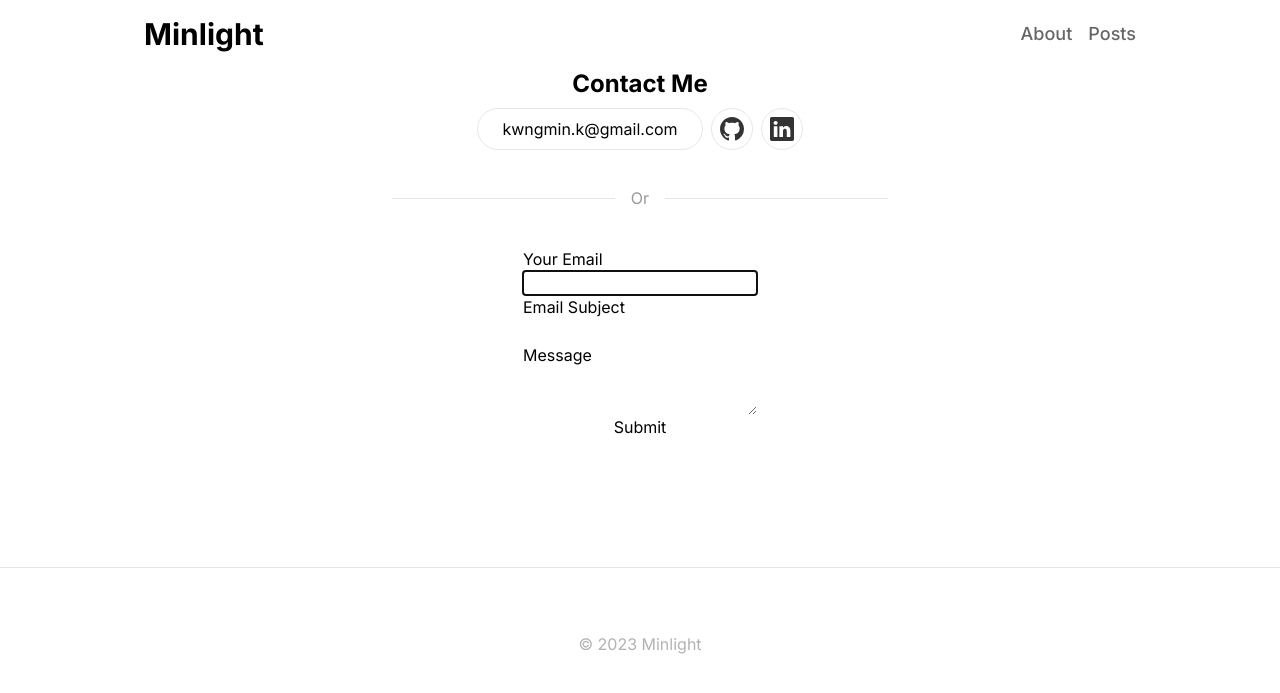
Repository: kwngmin/minlight-blog
Page: /contact
An editor plug-in stored every save of this project. The page is shown before and after the next save, followed by the edit.
The browser window is 1280 px wide. The pictures show the whole page.
The project was rebuilt for these pictures with package versions that can differ from the ones it lists, and the page was loaded fresh each time. The framework's server and built-in components were replaced by stand-ins that run in the browser. Also part of the build but not shown: next.config.js, src/components/banner.tsx.

Above is the page before, as saved 2023-04-03 16:53:43.

### src/app/layout.tsx
import Footer from "@/components/Footer";
import "./globals.css";
import { Inter } from "next/font/google";
import Header from "@/components/Header";

const inter = Inter({ subsets: ["latin"] });

export const metadata = {
  title: "Create Next App",
  description: "Generated by create next app",
};

export default function RootLayout({
  children,
}: {
  children: React.ReactNode;
}) {
  return (
    <html lang="en" className={inter.className}>
      <body className="flex flex-col">
        <Header />
        <main className="max-w-screen-lg mx-auto w-full grow px-4">
          {children}
        </main>
        <Footer />
      </body>
    </html>
  );
}

### src/app/contact/page.tsx
import ContactForm from "@/components/ContactForm";
import { BsLinkedin, BsGithub } from "react-icons/bs";
export default function ContactPage() {
  const LINKS = [
    { icon: <BsGithub />, url: "https://github.com/kwngmin" },
    {
      icon: <BsLinkedin />,
      url: "https://www.linkedin.com/in/%EA%B4%91%EB%AF%BC-%EA%B9%80-52b83a25a/",
    },
  ];
  return (
    <section className="flex flex-col items-center gap-2">
      <h2 className="text-2xl font-bold">Contact Me</h2>
      <ul className="flex justify-center items-center gap-2">
        <a
          href="mailto:kwngmin.k@gmail.com"
          className="px-6 rounded-full hover:bg-black hover:text-white py-2 border"
        >
          kwngmin.k@gmail.com
        </a>
        {LINKS.map(({ url, icon }, index) => (
          <a
            href={url}
            key={index}
            target="_blank"
            rel="noreferrer"
            className="text-2xl text-black/80 hover:bg-black hover:text-white rounded-full p-2 border"
          >
            {icon}
          </a>
        ))}
      </ul>
      <div className="w-1/2 relative flex justify-center">
        <div className="w-full my-10 border-b"></div>
        <span className="absolute top-7 bg-white px-4 text-black/40">Or</span>
      </div>
      <ContactForm />
    </section>
  );
}

### src/components/Footer.tsx
export default function Footer() {
  return (
    <section className="text-center py-16 text-black/30 border-t mt-12">
      © 2023 Minlight
    </section>
  );
}

### src/app/globals.css
@tailwind base;
@tailwind components;
@tailwind utilities;

* {
  box-sizing: border-box;
  padding: 0;
  margin: 0;
}

html,
body {
  height: 100vh;
  overflow-y: auto;
}

/*
:root {
  --max-width: 1100px;
  --border-radius: 12px;
  --font-mono: ui-monospace, Menlo, Monaco, "Cascadia Mono", "Segoe UI Mono",
    "Roboto Mono", "Oxygen Mono", "Ubuntu Monospace", "Source Code Pro",
    "Fira Mono", "Droid Sans Mono", "Courier New", monospace;

  --foreground-rgb: 0, 0, 0;
  --background-start-rgb: 214, 219, 220;
  --background-end-rgb: 255, 255, 255;

  --primary-glow: conic-gradient(
    from 180deg at 50% 50%,
    #16abff33 0deg,
    #0885ff33 55deg,
    #54d6ff33 120deg,
    #0071ff33 160deg,
    transparent 360deg
  );
  --secondary-glow: radial-gradient(
    rgba(255, 255, 255, 1),
    rgba(255, 255, 255, 0)
  );

  --tile-start-rgb: 239, 245, 249;
  --tile-end-rgb: 228, 232, 233;
  --tile-border: conic-gradient(
    #00000080,
    #00000040,
    #00000030,
    #00000020,
    #00000010,
    #00000010,
    #00000080
  );

  --callout-rgb: 238, 240, 241;
  --callout-border-rgb: 172, 175, 176;
  --card-rgb: 180, 185, 188;
  --card-border-rgb: 131, 134, 135;
}

@media (prefers-color-scheme: dark) {
  :root {
    --foreground-rgb: 255, 255, 255;
    --background-start-rgb: 0, 0, 0;
    --background-end-rgb: 0, 0, 0;

    --primary-glow: radial-gradient(rgba(1, 65, 255, 0.4), rgba(1, 65, 255, 0));
    --secondary-glow: linear-gradient(
      to bottom right,
      rgba(1, 65, 255, 0),
      rgba(1, 65, 255, 0),
      rgba(1, 65, 255, 0.3)
    );

    --tile-start-rgb: 2, 13, 46;
    --tile-end-rgb: 2, 5, 19;
    --tile-border: conic-gradient(
      #ffffff80,
      #ffffff40,
      #ffffff30,
      #ffffff20,
      #ffffff10,
      #ffffff10,
      #ffffff80
    );

    --callout-rgb: 20, 20, 20;
    --callout-border-rgb: 108, 108, 108;
    --card-rgb: 100, 100, 100;
    --card-border-rgb: 200, 200, 200;
  }
}

* {
  box-sizing: border-box;
  padding: 0;
  margin: 0;
}

html,
body {
  max-width: 100vw;
  overflow-x: hidden;
}

body {
  color: rgb(var(--foreground-rgb));
  background: linear-gradient(
      to bottom,
      transparent,
      rgb(var(--background-end-rgb))
    )
    rgb(var(--background-start-rgb));
}

a {
  color: inherit;
  text-decoration: none;
}

@media (prefers-color-scheme: dark) {
  html {
    color-scheme: dark;
  }
} */

### src/components/Header.tsx
import Link from "next/link";

const navData = [
  { name: "About", path: "/about" },
  { name: "Posts", path: "/posts" },
];

export default function Header() {
  return (
    <div className="w-full flex justify-between items-center p-4 mx-auto max-w-screen-lg">
      <Link href="/">
        <h1 className="text-3xl font-bold">Minlight</h1>
      </Link>
      <nav className="flex gap-4 px-4 lg:px-0">
        {navData.map(({ name, path }) => (
          <Link
            href={path}
            key={path}
            className="text-black/60 hover:text-black text-lg font-medium hover:underline decoration-slate-400 hover:decoration-4 underline-offset-8"
          >
            {name}
          </Link>
        ))}
      </nav>
    </div>
  );
}

### src/components/ContactForm.tsx
"use client";
import { ChangeEvent, FormEvent, useState } from "react";
import Banner, { BannerData } from "./banner";

type Form = {
  from: string;
  subject: string;
  message: string;
};
export default function ContactForm() {
  const [form, setForm] = useState<Form>({
    from: "",
    subject: "",
    message: "",
  });
  const [banner, setBanner] = useState<BannerData | null>(null);
  const onChange = (e: ChangeEvent<HTMLInputElement | HTMLTextAreaElement>) => {
    const { name, value } = e.target;
    setForm((prev) => ({ ...prev, [name]: value }));
  };
  const onSubmit = (e: FormEvent<HTMLFormElement>) => {
    e.preventDefault();
    console.log(e.target);
    setBanner({ message: "성공했어", state: "success" });
    setTimeout(() => {
      setBanner(null);
    }, 4000);
  };
  return (
    <form onSubmit={onSubmit} className="flex flex-col">
      {banner && <Banner banner={banner} />}
      <label htmlFor="from">Your Email</label>
      <input
        type="email"
        id="from"
        required
        autoFocus
        name="from"
        value={form.from}
        onChange={onChange}
      />
      <label htmlFor="subject">Email Subject</label>
      <input
        type="string"
        id="subject"
        required
        name="subject"
        value={form.subject}
        onChange={onChange}
      />
      <label htmlFor="message">Message</label>
      <textarea
        row={10}
        id="message"
        required
        name="message"
        value={form.message}
        onChange={onChange}
      />
      <button>Submit</button>
    </form>
  );
}

### tailwind.config.js
/** @type {import('tailwindcss').Config} */
module.exports = {
  content: ["./src/**/*.{js,ts,jsx,tsx}"],
  theme: {
    extend: {},
  },
  plugins: [require("@tailwindcss/typography")],
};

After the next save:
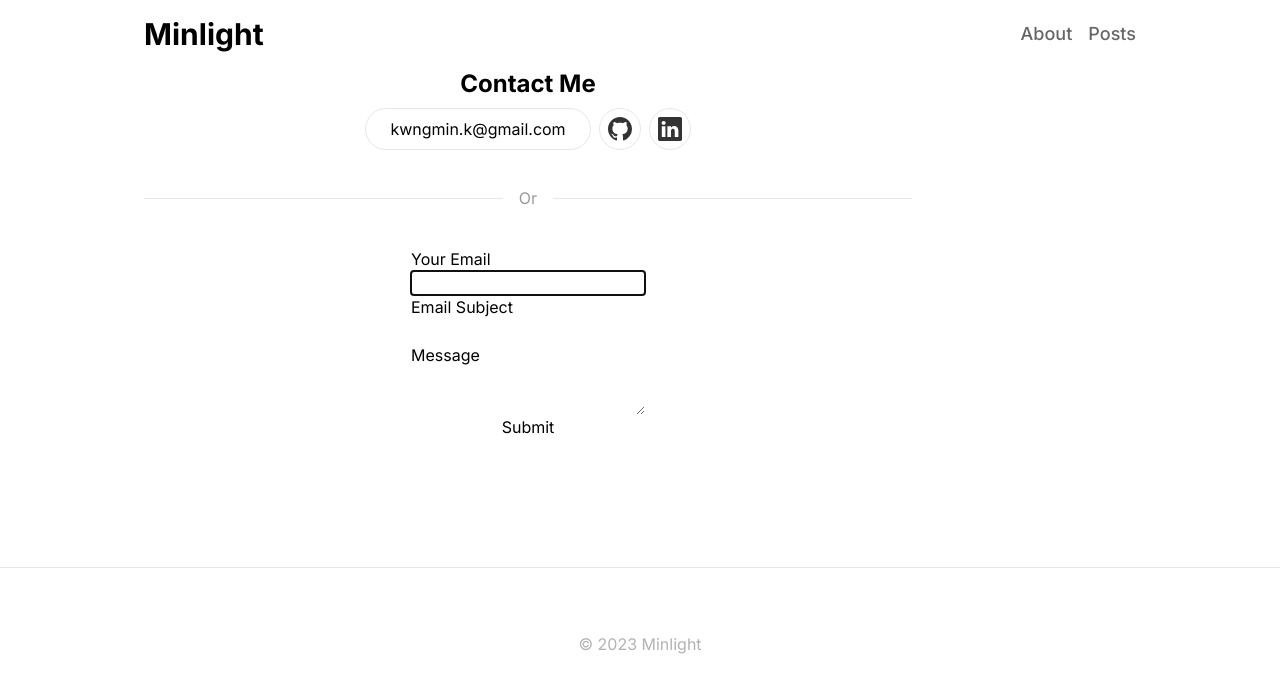
Saved 54 s later.
--- a/src/app/contact/page.tsx
+++ b/src/app/contact/page.tsx
@@ -9,7 +9,7 @@
     },
   ];
   return (
-    <section className="flex flex-col items-center gap-2">
+    <section className="flex flex-col items-center gap-2 max-w-3xl">
       <h2 className="text-2xl font-bold">Contact Me</h2>
       <ul className="flex justify-center items-center gap-2">
         <a
@@ -30,7 +30,7 @@
           </a>
         ))}
       </ul>
-      <div className="w-1/2 relative flex justify-center">
+      <div className="w-full relative flex justify-center">
         <div className="w-full my-10 border-b"></div>
         <span className="absolute top-7 bg-white px-4 text-black/40">Or</span>
       </div>

After the save that followed:
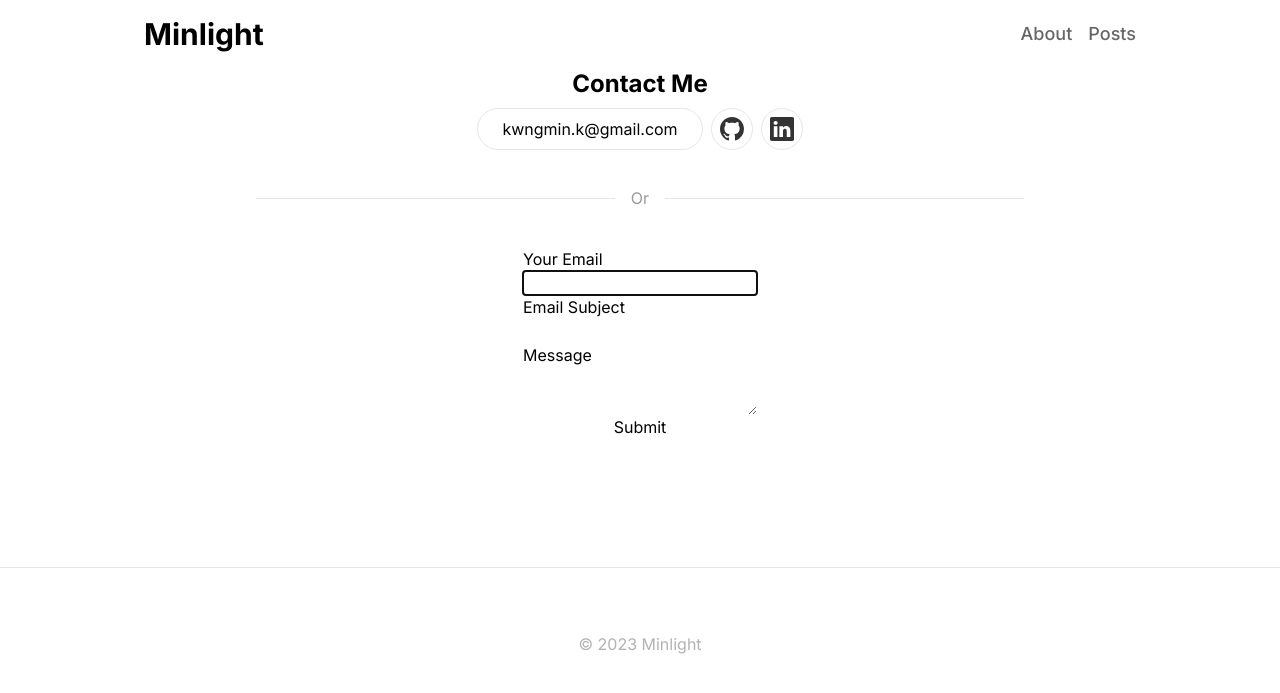
Saved 8 s later.
--- a/src/app/contact/page.tsx
+++ b/src/app/contact/page.tsx
@@ -9,7 +9,7 @@
     },
   ];
   return (
-    <section className="flex flex-col items-center gap-2 max-w-3xl">
+    <section className="flex flex-col items-center gap-2 max-w-3xl mx-auto">
       <h2 className="text-2xl font-bold">Contact Me</h2>
       <ul className="flex justify-center items-center gap-2">
         <a
